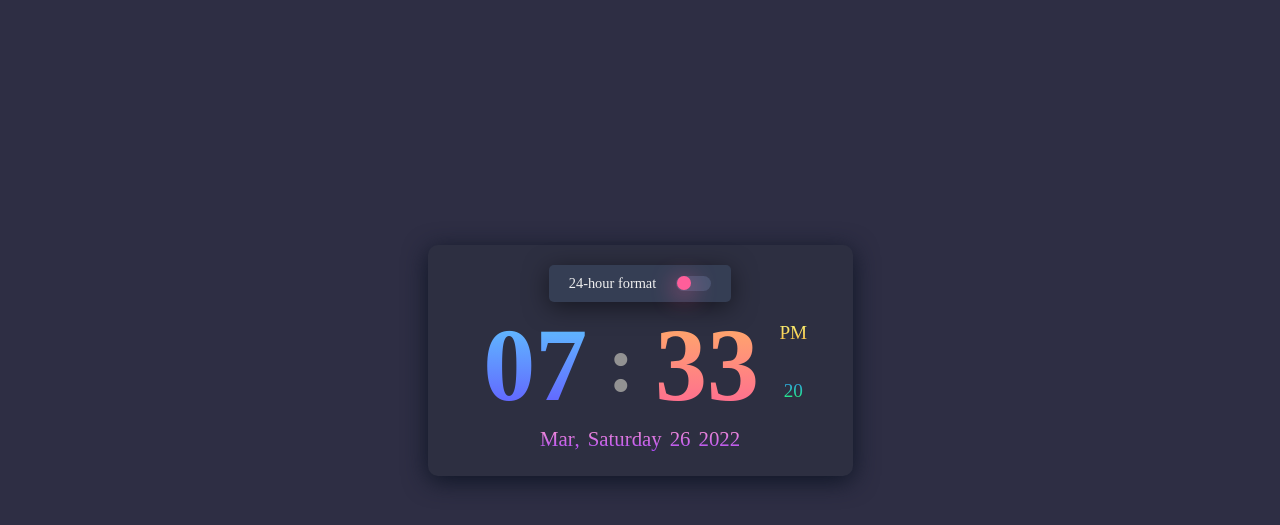
Repository: QUANGTHAI2003/digital-clock
Page: index.html
An editor plug-in stored every save of this project. The page is shown before and after the next save, followed by the edit.
The browser window is 1280 px wide. The pictures show the whole page.
Some icons come from a web library that is not loaded, so they are not drawn.

Above is the page before, as saved 2022-03-26 23:51:02.
Console error: TypeError: year.addEventListener is not a function

After the next save:
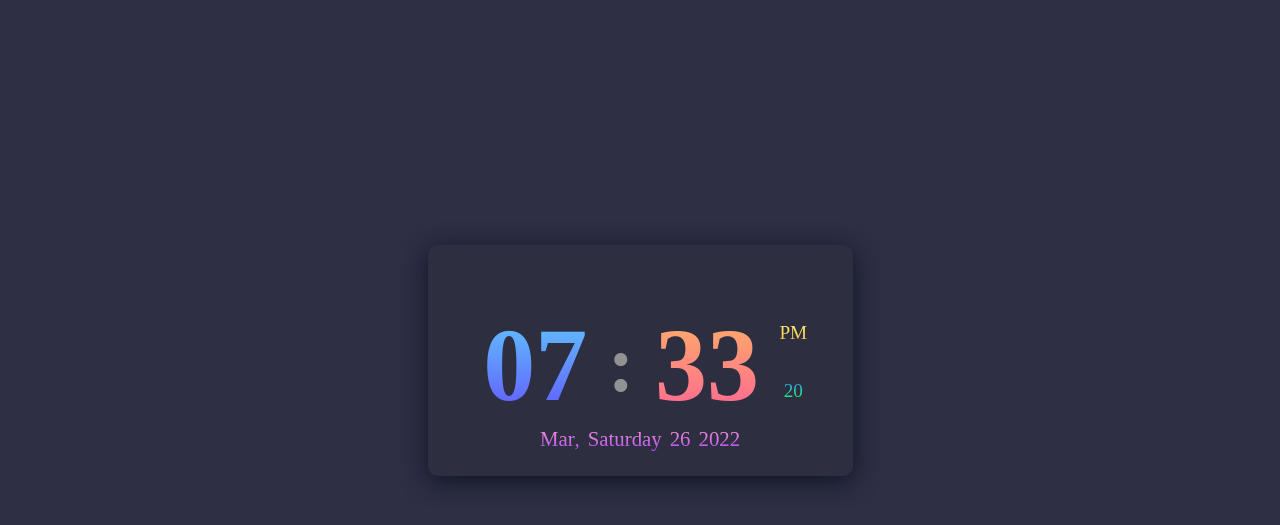
Saved 56 s later.
--- a/style.css
+++ b/style.css
@@ -137,6 +137,9 @@ right: 5px; */
     padding: 10px 20px;
     border-radius: 5px;
     box-shadow: 0 5px 25px rgba(0, 0, 0, 0.5);
+    visibility: hidden;
+    opacity: 0;
+    transition: 0.3s ease;
 }
 
 .dot-menu.active {
